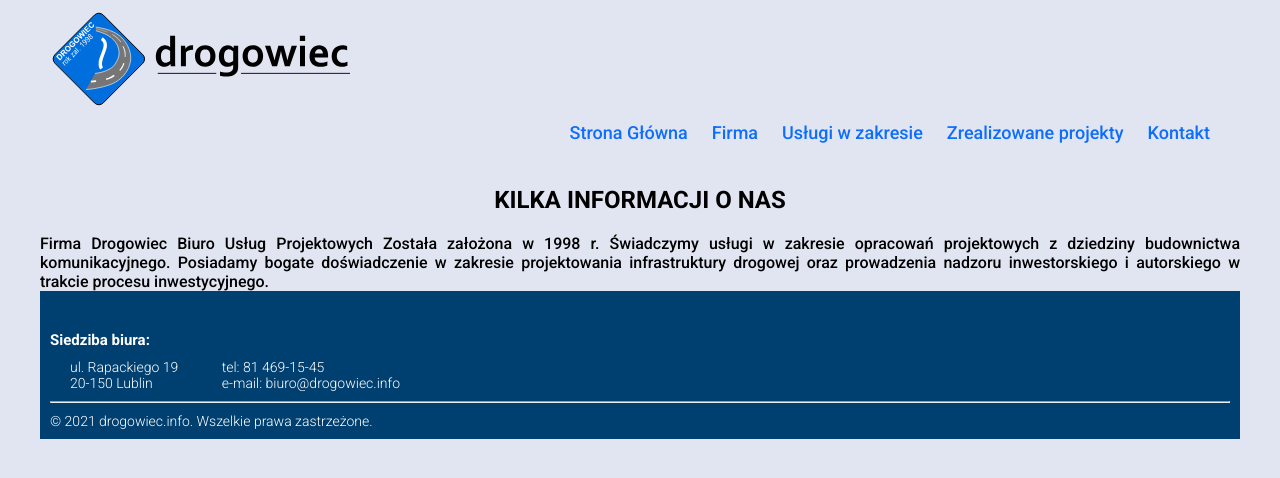
Repository: AdamBodzak/WTF_v2
Page: index.html
The author's editor kept a copy of each file at every save. The page is drawn from the files as they stood at one save, then again after the next save.
The browser window is 1280 px wide. The pictures show the whole page.

Above is the page before, as saved 2021-01-08 15:45:01.

After the next save:
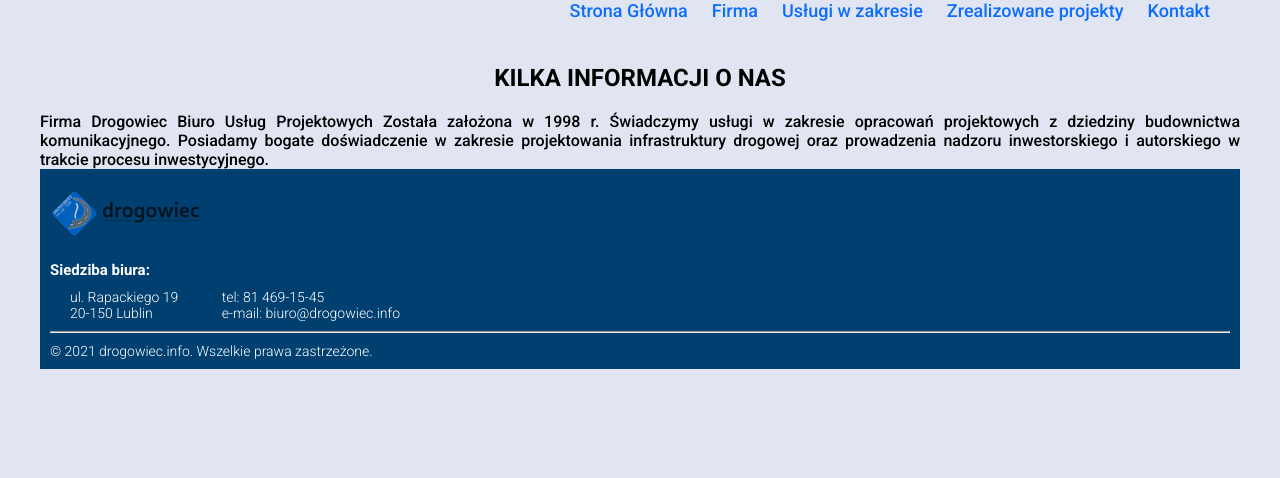
Saved 17 s later.
--- a/index.html
+++ b/index.html
@@ -10,7 +10,7 @@
 <body>
     <header>
         <a href="index.html">
-            <img id="logo" src="./img/Logo.svg" alt="Logo image">
+            <!-- <img id="logo" src="./img/Logo.svg" alt="Logo image"> -->
         </a>
         <nav>
             <ul id="nawigationBar">
@@ -35,7 +35,7 @@
     <main>
     <footer>
         <a href="index.html">
-            <!-- <img id="logoFooter" src="./img/Logo.svg" alt="Logo image"> -->
+            <img id="logoFooter" src="./img/Logo.svg" alt="Logo image">
         </a>
         <div id="kontakt">
             <h1 id="footerHeder">
